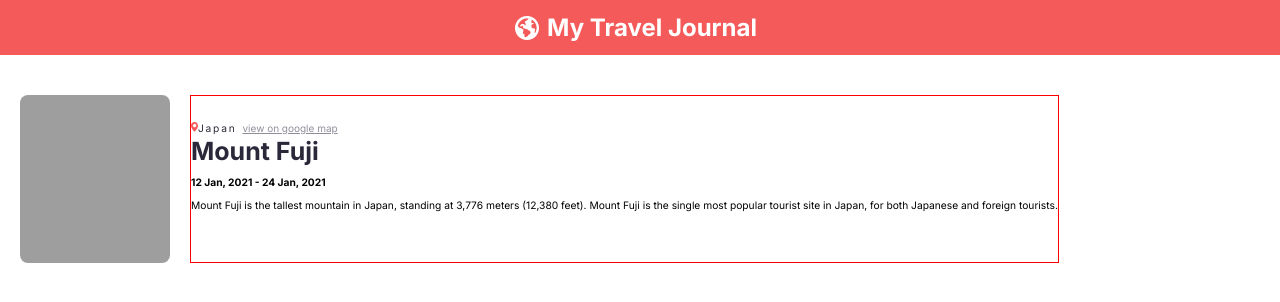
Repository: Richswag009/my-travel-journal
Page: /
The author's editor kept a copy of each file at every save. The page is drawn from the files as they stood at one save, then again after the next save.
The browser window is 1280 px wide. The pictures show the whole page.
Pictures or frames that could not be fetched are drawn as grey boxes. The project was rebuilt for these pictures with package versions that can differ from the ones it lists, and the page was loaded fresh each time. Also part of the build but not shown: src/component/Card.js.

Above is the page before, as saved 2022-06-18 14:51:03.

After the next save:
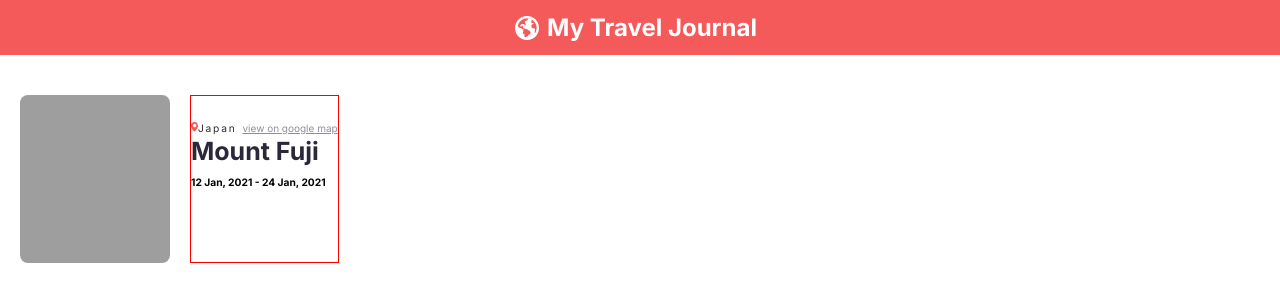
Saved 88 s later.
--- a/src/component/Hero.js
+++ b/src/component/Hero.js
@@ -16,9 +16,7 @@ export default class Hero extends Component {
                   <div className='card-date'>
                     <span>12 Jan, 2021 - 24 Jan, 2021</span>
                   </div>
-                  <p>Mount Fuji is the tallest mountain in Japan,
-                    standing at 3,776 meters (12,380 feet). Mount Fuji is the single most popular tourist site in Japan,
-                     for both Japanese and foreign tourists.</p>
+                  <p>{this.props.description}</p>
                 </div>
             </section>
         )
